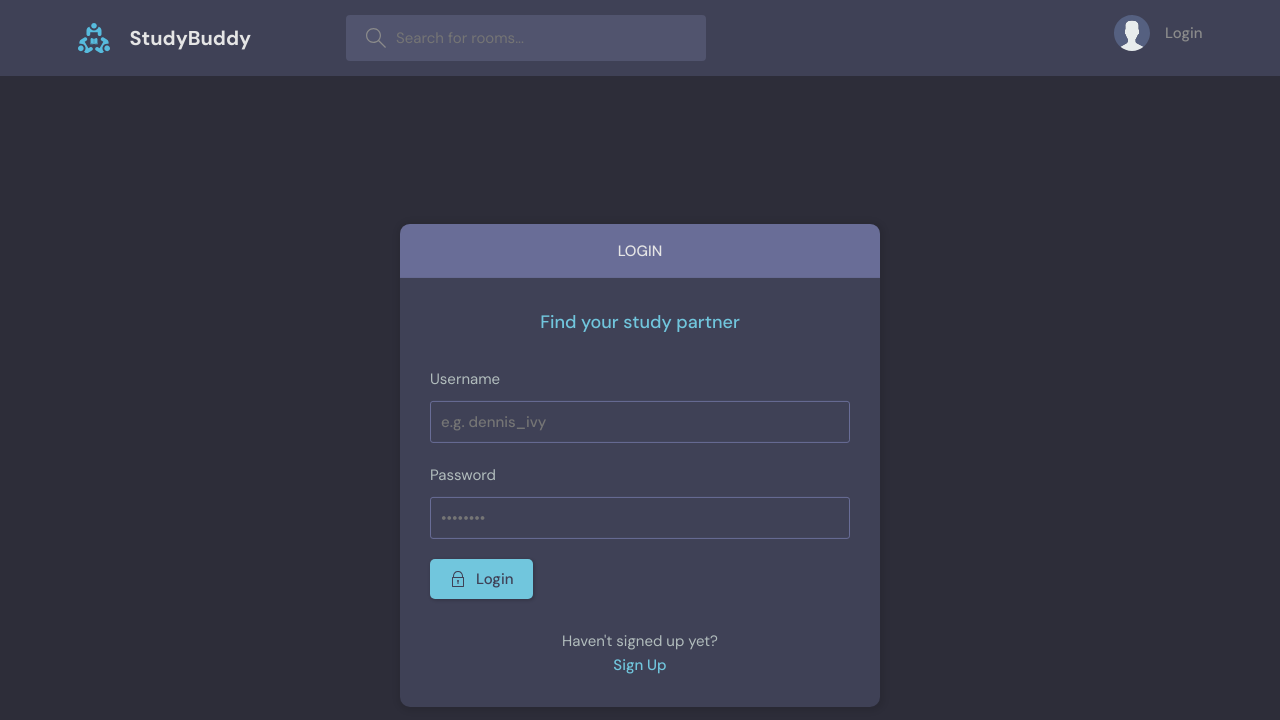
Repository: Dibbya65/Django-Basic
Page: http://localhost/login/
An editor plug-in stored every save of this project. The page is shown before and after the next save, followed by the edit.
The browser window is 1280 px wide. The pictures show the whole page.
The page is served by the project's application, run on Django 3.2 (manage.py). Other server files are loaded and not shown.

Above is the page before, as saved 2021-11-20 19:28:51.

### base/templates/base/login.html
{% extends 'layouts/master.html' %}
{% block title %}Register{% endblock title%}
{% block content %}
<main class="auth layout">
    <div class="container">
        {% if page == 'login' %}
        <div class="layout__box">
            <div class="layout__boxHeader">
                <div class="layout__boxTitle">
                    <h3>Login</h3>
                </div>
            </div>
            <div class="layout__body">
                <h2 class="auth__tagline">Find your study partner</h2>

                <form class="form" action="" method="POST">
                    {% csrf_token %}
                    <div class="form__group">
                        <label for="room_name">Username</label>
                        <input id="username" name="username" type="text" placeholder="e.g. dennis_ivy" />
                    </div>
                    <div class="form__group">
                        <label for="password">Password</label>
                        <input id="password" name="password" type="password"
                            placeholder="&bull;&bull;&bull;&bull;&bull;&bull;&bull;&bull;" />
                    </div>

                    <button class="btn btn--main" type="submit">
                        <svg version="1.1" xmlns="http://www.w3.org/2000/svg" width="32" height="32"
                            viewBox="0 0 32 32">
                            <title>lock</title>
                            <path
                                d="M27 12h-1v-2c0-5.514-4.486-10-10-10s-10 4.486-10 10v2h-1c-0.553 0-1 0.447-1 1v18c0 0.553 0.447 1 1 1h22c0.553 0 1-0.447 1-1v-18c0-0.553-0.447-1-1-1zM8 10c0-4.411 3.589-8 8-8s8 3.589 8 8v2h-16v-2zM26 30h-20v-16h20v16z">
                            </path>
                            <path
                                d="M15 21.694v4.306h2v-4.306c0.587-0.348 1-0.961 1-1.694 0-1.105-0.895-2-2-2s-2 0.895-2 2c0 0.732 0.413 1.345 1 1.694z">
                            </path>
                        </svg>

                        Login
                    </button>
                </form>

                <div class="auth__action">
                    <p>Haven't signed up yet?</p>
                    <a href="{% url 'register' %}" class="btn btn--link">Sign Up</a>
                </div>
            </div>
        </div>
        {% else %}
        <div class="layout__box">
            <div class="layout__boxHeader">
                <div class="layout__boxTitle">
                    <h3>Sign up</h3>
                </div>
            </div>
            <div class="layout__body">
                <h2 class="auth__tagline">Find your study partner</h2>

                <form method="POST" action="">
                    {% csrf_token %}
                    <div class="form__group">
                        <label for="fullname">Full Name</label>
                        <input id="fullname" name="fullname" type="text" placeholder="e.g. Dennis Ivy" />
                    </div>
                    <div class="form__group">
                        <label for="room_name">Username</label>
                        <input id="username" name="username" type="text" placeholder="e.g. dennis_ivy" />
                    </div>
                    <div class="form__group">
                        <label for="password">Password</label>
                        <input id="password" name="password" type="password"
                            placeholder="&bull;&bull;&bull;&bull;&bull;&bull;&bull;&bull;" />
                    </div>

                    <div class="form__group">
                        <label for="confirm_password">Confirm Password</label>
                        <input id="confirm_password" name="confirm_password" type="password"
                            placeholder="&bull;&bull;&bull;&bull;&bull;&bull;&bull;&bull;" />
                    </div>

                    <button class="btn btn--main" type="submit">
                        <svg version="1.1" xmlns="http://www.w3.org/2000/svg" width="32" height="32"
                            viewBox="0 0 32 32">
                            <title>lock</title>
                            <path
                                d="M27 12h-1v-2c0-5.514-4.486-10-10-10s-10 4.486-10 10v2h-1c-0.553 0-1 0.447-1 1v18c0 0.553 0.447 1 1 1h22c0.553 0 1-0.447 1-1v-18c0-0.553-0.447-1-1-1zM8 10c0-4.411 3.589-8 8-8s8 3.589 8 8v2h-16v-2zM26 30h-20v-16h20v16z">
                            </path>
                            <path
                                d="M15 21.694v4.306h2v-4.306c0.587-0.348 1-0.961 1-1.694 0-1.105-0.895-2-2-2s-2 0.895-2 2c0 0.732 0.413 1.345 1 1.694z">
                            </path>
                        </svg>

                        Sign Up
                    </button>
                </form>

                <div class="auth__action">
                    <p>Already have an account?</p>
                    <a href="{% url 'login' %}" class="btn btn--link">Log In</a>
                </div>
            </div>
        </div>
        {% endif %}
    </div>
</main>

<!-- <div>
    <form method="POST" action="#">
        {% csrf_token %}
        <label for="username">User Name</label>
        <input type="text" id="username" name="username" placeholder="Enter username">
        <label for="password">User Name</label>
        <input type="text" id="password" name="password" placeholder="Enter password">
        <input type="submit" value="Login">
    </form>
    <p>Haven't signed up yet?</p>
    <a href="{% url 'register' %}">Signup</a>
</div>

<div>
    <form method="POST" action="">
        {% csrf_token %}
        {{form.as_p}}
        <input type="submit" value="Register">
    </form>
    <p>Already signed up?</p>
    <a href="{% url 'login' %}">Login</a>
</div> -->




{% endblock content %}

### templates/layouts/master.html
<!DOCTYPE html>
{% load static %}
<html lang="en">

  <head>
    <meta charset="UTF-8" />
    <meta http-equiv="X-UA-Compatible" content="IE=edge" />
    <meta name="viewport" content="width=device-width, initial-scale=1.0" />
    <link rel="shortcut icon" href="assets/favicon.ico" type="image/x-icon" />


    <title>StudyBuddy | {% block title %} {% endblock %}</title>
    <link rel="stylesheet" type="text/css" href="{% static 'styles/style.css' %}">
  </head>

  <body>
    {% include 'base/navbar.html' %}

    {% if messages %}
    <ul class="messages">
      {% for message in messages %}
      <li>{{ message }}</li>
      {% endfor %}
    </ul>
    {% endif %}
    {% block content %}{% endblock %}

    <script type="text/javascript" src="{% static 'js/script.js' %}"></script>
  </body>

</html>

### base/templates/base/navbar.html
{% load static %}
<header class="header header--loggedIn">
  <div class="container">
    <a href="/" class="header__logo">
      <img src="{% static 'assets/logo.svg' %}" />
      <h1>StudyBuddy</h1>
    </a>
    <form class="header__search" action="{% url 'home' %}" method="GET">
      <label>
        <svg version="1.1" xmlns="http://www.w3.org/2000/svg" width="32" height="32" viewBox="0 0 32 32">
          <title>search</title>
          <path
            d="M32 30.586l-10.845-10.845c1.771-2.092 2.845-4.791 2.845-7.741 0-6.617-5.383-12-12-12s-12 5.383-12 12c0 6.617 5.383 12 12 12 2.949 0 5.649-1.074 7.741-2.845l10.845 10.845 1.414-1.414zM12 22c-5.514 0-10-4.486-10-10s4.486-10 10-10c5.514 0 10 4.486 10 10s-4.486 10-10 10z">
          </path>
        </svg>
        <input type="text" placeholder="Search for rooms..." name="q" />
      </label>
    </form>
    <nav class="header__menu">
      <!-- Not Logged In -->
      {% if not request.user.is_authenticated %}
      <a href="{% url 'login' %}">
        <img src="{% static 'assets/avatar.svg' %}" />
        <p>Login</p>
      </a>
      {%else%}
      <div class="header__user">
        <a href="{%  url 'user-profile' request.user.id %}">
          <div class="avatar avatar--medium active">
            <img src="https://randomuser.me/api/portraits/men/37.jpg" />
          </div>
          <p>{{request.user.username}} <span>@{{request.user.username}}</span></p>
        </a>
        <button class="dropdown-button">
          <svg version="1.1" xmlns="http://www.w3.org/2000/svg" width="32" height="32" viewBox="0 0 32 32">
            <title>chevron-down</title>
            <path d="M16 21l-13-13h-3l16 16 16-16h-3l-13 13z"></path>
          </svg>
        </button>
      </div>

      <div class="dropdown-menu">
        <a href="{% url 'update-user' %}" class="dropdown-link"><svg version="1.1" xmlns="http://www.w3.org/2000/svg"
            width="32" height="32" viewBox="0 0 32 32">
            <title>tools</title>
            <path
              d="M27.465 32c-1.211 0-2.35-0.471-3.207-1.328l-9.392-9.391c-2.369 0.898-4.898 0.951-7.355 0.15-3.274-1.074-5.869-3.67-6.943-6.942-0.879-2.682-0.734-5.45 0.419-8.004 0.135-0.299 0.408-0.512 0.731-0.572 0.32-0.051 0.654 0.045 0.887 0.277l5.394 5.395 3.586-3.586-5.394-5.395c-0.232-0.232-0.336-0.564-0.276-0.887s0.272-0.596 0.572-0.732c2.552-1.152 5.318-1.295 8.001-0.418 3.274 1.074 5.869 3.67 6.943 6.942 0.806 2.457 0.752 4.987-0.15 7.358l9.392 9.391c0.844 0.842 1.328 2.012 1.328 3.207-0 2.5-2.034 4.535-4.535 4.535zM15.101 19.102c0.26 0 0.516 0.102 0.707 0.293l9.864 9.863c0.479 0.479 1.116 0.742 1.793 0.742 1.398 0 2.535-1.137 2.535-2.535 0-0.668-0.27-1.322-0.742-1.793l-9.864-9.863c-0.294-0.295-0.376-0.74-0.204-1.119 0.943-2.090 1.061-4.357 0.341-6.555-0.863-2.631-3.034-4.801-5.665-5.666-1.713-0.561-3.468-0.609-5.145-0.164l4.986 4.988c0.391 0.391 0.391 1.023 0 1.414l-5 5c-0.188 0.188-0.441 0.293-0.707 0.293s-0.52-0.105-0.707-0.293l-4.987-4.988c-0.45 1.682-0.397 3.436 0.164 5.146 0.863 2.631 3.034 4.801 5.665 5.666 2.2 0.721 4.466 0.604 6.555-0.342 0.132-0.059 0.271-0.088 0.411-0.088z">
            </path>
          </svg>
          Settings</a>
        <a href="{% url 'logout' %}" class="dropdown-link"><svg version="1.1" xmlns="http://www.w3.org/2000/svg"
            width="32" height="32" viewBox="0 0 32 32">
            <title>sign-out</title>
            <path
              d="M3 0h22c0.553 0 1 0 1 0.553l-0 3.447h-2v-2h-20v28h20v-2h2l0 3.447c0 0.553-0.447 0.553-1 0.553h-22c-0.553 0-1-0.447-1-1v-30c0-0.553 0.447-1 1-1z">
            </path>
            <path
              d="M21.879 21.293l1.414 1.414 6.707-6.707-6.707-6.707-1.414 1.414 4.293 4.293h-14.172v2h14.172l-4.293 4.293z">
            </path>
          </svg>
          Logout</a>
      </div>
      {% endif %}


    </nav>
  </div>
</header>

### base/views.py
from django.shortcuts import render, redirect
from django.http import HttpResponse
from django.db.models import Q
from django.contrib.auth.models import User
from django.contrib.auth import authenticate, login, logout
from django.contrib.auth.forms import UserCreationForm
from django.contrib import messages
from django.contrib.auth.decorators import login_required
from .models import Room, Topic, Message
from .forms import RoomForm, UserForm

# Create your views here.


def login_page(request):
    page = "login"

    if request.user.is_authenticated:
        return redirect("home")

    if request.method == "POST":
        username = request.POST.get("username").lower()
        password = request.POST.get("password")

        try:
            user = User.objects.get(username=username)
        except:
            messages.error(request, "User does not exist")

        user = authenticate(request, username=username, password=password)

        if user is not None:
            login(request, user)
            return redirect("home")
        else:
            messages.error(request, "Invalid credentials")

    context = {"page": page}
    return render(request, "base/login.html", context)


def logout_user(request):
    logout(request)
    return redirect("home")


def register_page(request):
    form = UserCreationForm()

    if request.method == "POST":
        form = UserCreationForm(request.POST)
        if form.is_valid():
            user = form.save(commit=False)
            user.username = user.username.lower()
            user.save()

            login(request, user)

            return redirect("home")
        else:
            messages.error(request, "User registration failed")

    context = {"form": form}

    return render(request, "base/login.html", context)


def home(request):
    q = request.GET.get("q") if request.GET.get("q") != None else ""
    rooms = Room.objects.filter(
        Q(topic__name__icontains=q) | Q(name__icontains=q) | Q(description__icontains=q)
    )
    topics = Topic.objects.all()
    room_count = rooms.count()
    room_messges = Message.objects.filter(Q(room__topic__name__icontains=q))

    context = {
        "rooms": rooms,
        "topics": topics,
        "room_count": room_count,
        "room_messages": room_messges,
    }
    return render(request, "base/home.html", context)


def room(request):
    rooms = Room.objects.all()
    context = {"rooms": rooms}
    return render(request, "base/room.html", context)


def roomdetail(request, pk):
    room = Room.objects.get(id=pk)
    room_messages = room.message_set.all()
    participants = room.participants.all()

    if request.method == "POST":
        message = Message.objects.create(
            user=request.user, room=room, body=request.POST.get("body")
        )
        room.participants.add(request.user)
        return redirect("room-detail", pk=room.id)

    context = {
        "room": room,
        "room_messages": room_messages,
        "participants": participants,
    }
    return render(request, "base/single-room.html", context)


@login_required(login_url="login")
def create_room(request):
    form = RoomForm()
    topics = Topic.objects.all()
    if request.method == "POST":
        topic_name = request.POST.get("topic")
        topic, created = Topic.objects.get_or_create(name=topic_name)

        Room.objects.create(
            host=request.user,
            topic=topic,
            name=request.POST.get("name"),
            description=request.POST.get("description"),
        )
        # form = RoomForm(request.POST)
        # if form.is_valid():
        #     room = form.save(commit=False)
        #     room.host = request.user
        #     room.save()
        return redirect("home")

    context = {"form": form, "topics": topics}
    return render(request, "base/room_form.html", context)


def user_profile(request, pk):
    user = User.objects.get(id=pk)
    rooms = user.room_set.all()
    room_messages = user.message_set.all()
    topics = Topic.objects.all()
    context = {
        "user": user,
        "rooms": rooms,
        "room_messages": room_messages,
        "topics": topics,
    }
    return render(request, "base/profile.html", context)


@login_required(login_url="login")
def update_room(request, pk):
    room = Room.objects.get(id=pk)
    form = RoomForm(instance=room)
    topics = Topic.objects.all()

    if request.user != room.host:
        return HttpResponse("Unauthenticated!")

    if request.method == "POST":
        topic_name = request.POST.get("topic")
        topic, created = Topic.objects.get_or_create(name=topic_name)
        room.name = request.POST.get("name")
        room.topic = topic
        room.description = request.POST.get("description")
        room.save()

        return redirect("home")

    context = {"form": form, "topics": topics, "room": room}
    return render(request, "base/room_form.html", context)


@login_required(login_url="login")
def delete_room(request, pk):
    room = Room.objects.get(id=pk)
    if request.user != room.host:
        return HttpResponse("Unauthenticated!")

    if request.method == "POST":
        room.delete()
        return redirect("home")
    return render(request, "base/delete.html", {"obj": room})


@login_required(login_url="login")
def delete_message(request, pk):
    msg = Message.objects.get(id=pk)
    if request.user != msg.user:
        return HttpResponse("Unauthenticated!")

    if request.method == "POST":
        msg.delete()
        return redirect("home")
    return render(request, "base/delete.html", {"obj": msg})


@login_required(login_url="login")
def update_user(request):
    user = request.user
    form = UserForm(instance=user)

    if request.method == "POST":
        form = UserForm(request.POST, instance=user)
        if form.is_valid():
            form.save()
            return redirect("user-profile", pk=user.id)

    return render(request, "base/update-user.html", {"form": form})

### studybud/urls.py
"""studybud URL Configuration

The `urlpatterns` list routes URLs to views. For more information please see:
    https://docs.djangoproject.com/en/3.2/topics/http/urls/
Examples:
Function views
    1. Add an import:  from my_app import views
    2. Add a URL to urlpatterns:  path('', views.home, name='home')
Class-based views
    1. Add an import:  from other_app.views import Home
    2. Add a URL to urlpatterns:  path('', Home.as_view(), name='home')
Including another URLconf
    1. Import the include() function: from django.urls import include, path
    2. Add a URL to urlpatterns:  path('blog/', include('blog.urls'))
"""
from django.contrib import admin
from django.urls import path, include


urlpatterns = [
    path('admin/', admin.site.urls),
    path('', include('base.urls'))
]

### base/urls.py
from django.urls import path
from . import views

urlpatterns = [
    path("login/", views.login_page, name="login"),
    path("register/", views.register_page, name="register"),
    path("logout/", views.logout_user, name="logout"),
    path("", views.home, name="home"),
    path("room/", views.room, name="room"),
    path("profile/<str:pk>", views.user_profile, name="user-profile"),
    path("update/user/", views.update_user, name="update-user"),
    path("room/<str:pk>", views.roomdetail, name="room-detail"),
    path("create/room/", views.create_room, name="create-room"),
    path("update/room/<str:pk>/", views.update_room, name="update-room"),
    path("delete/room/<str:pk>/", views.delete_room, name="delete-room"),
    path("delete/message/<str:pk>/", views.delete_message, name="delete-message"),
]

Loaded but not shown: static/assets/logo.svg (12 lines, source omitted); static/assets/avatar.svg (49 lines, source omitted); static/js/script.js (69 lines, source omitted); static/styles/style.css (1170 lines, source omitted)

After the next save:
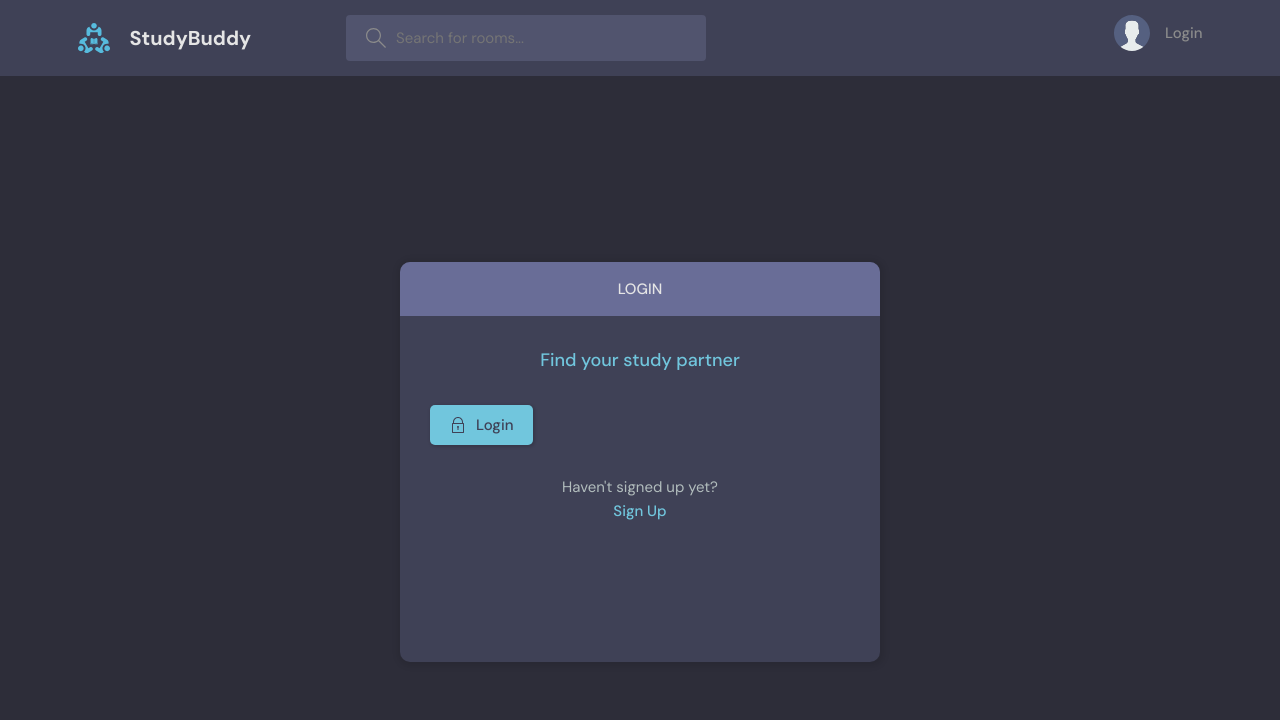
Saved 2 min 12 s later.
--- a/base/templates/base/login.html
+++ b/base/templates/base/login.html
@@ -15,15 +15,13 @@
 
                 <form class="form" action="" method="POST">
                     {% csrf_token %}
+                     {% for field in form %}
                     <div class="form__group">
                         <label for="room_name">Username</label>
                         <input id="username" name="username" type="text" placeholder="e.g. dennis_ivy" />
                     </div>
-                    <div class="form__group">
-                        <label for="password">Password</label>
-                        <input id="password" name="password" type="password"
-                            placeholder="&bull;&bull;&bull;&bull;&bull;&bull;&bull;&bull;" />
-                    </div>
+                    {% endfor %}
+
 
                     <button class="btn btn--main" type="submit">
                         <svg version="1.1" xmlns="http://www.w3.org/2000/svg" width="32" height="32"

After the 2 saves that followed:
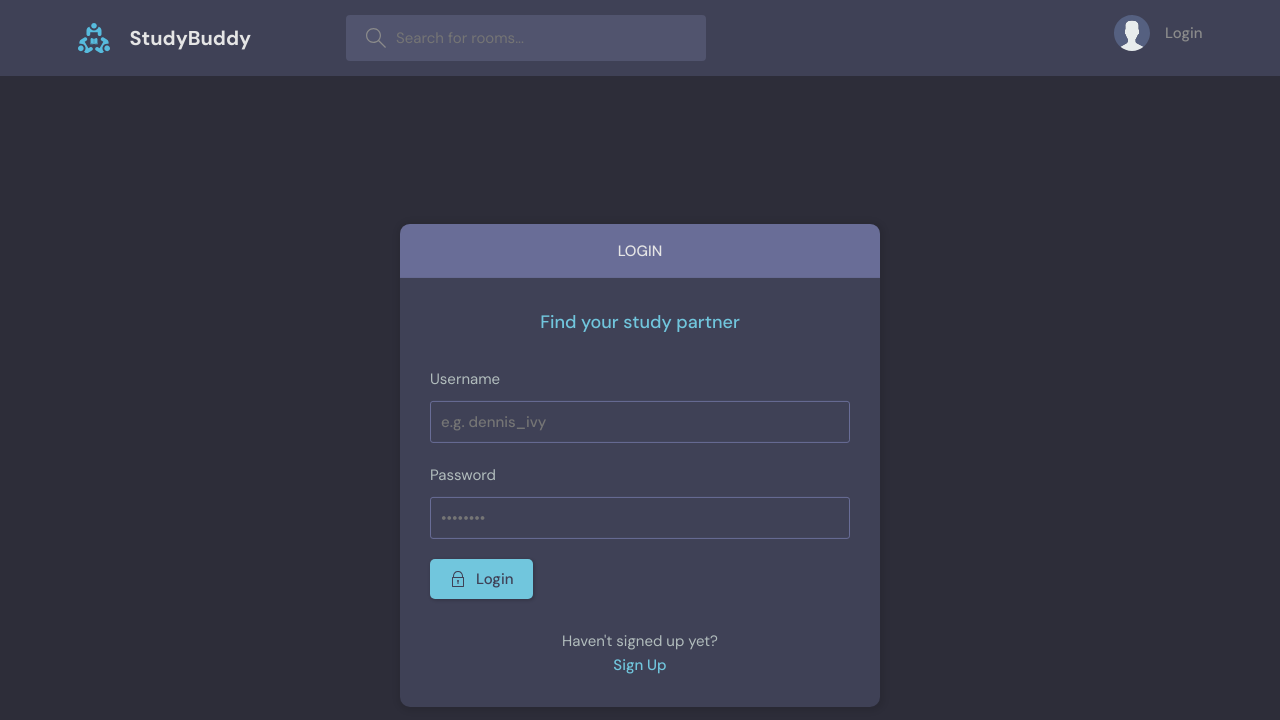
The 2 saves are shown as one change because 1 left the picture as it was.
The last was saved 37 s later.
--- a/base/templates/base/login.html
+++ b/base/templates/base/login.html
@@ -15,13 +15,15 @@
 
                 <form class="form" action="" method="POST">
                     {% csrf_token %}
-                     {% for field in form %}
                     <div class="form__group">
                         <label for="room_name">Username</label>
                         <input id="username" name="username" type="text" placeholder="e.g. dennis_ivy" />
                     </div>
-                    {% endfor %}
-
+                    <div class="form__group">
+                        <label for="password">Password</label>
+                        <input id="password" name="password" type="password"
+                            placeholder="&bull;&bull;&bull;&bull;&bull;&bull;&bull;&bull;" />
+                    </div>
 
                     <button class="btn btn--main" type="submit">
                         <svg version="1.1" xmlns="http://www.w3.org/2000/svg" width="32" height="32"
